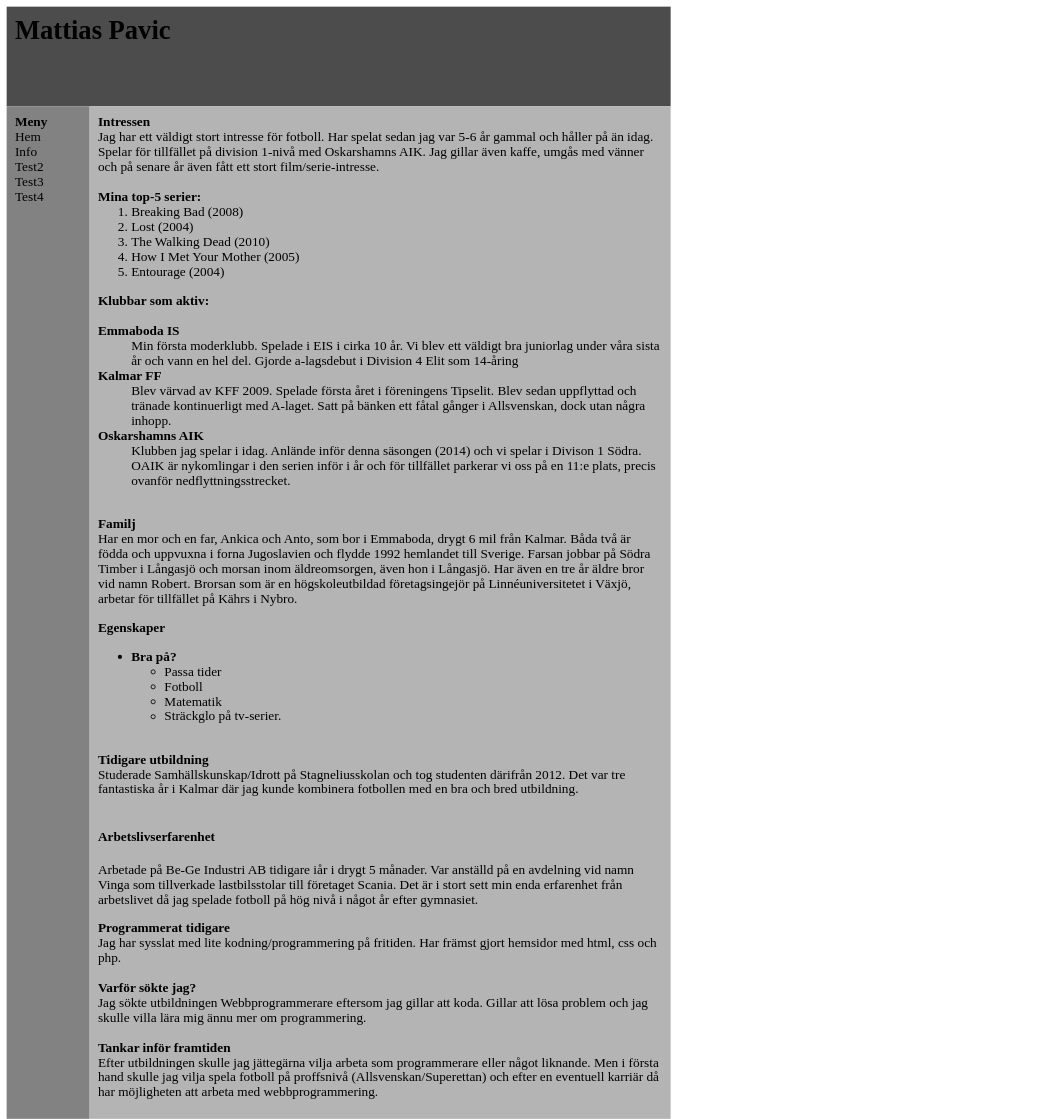
Repository: mp222sf/1ik415-laborationer
Page: pages/presentation.html
The author's editor kept a record of every edit. The page is drawn from the files as they stood at one moment, then again after the next edit.
The browser window is 1280 px wide. The pictures show the whole page, at 83% of full size.

Above is the page before.

After the next edit:
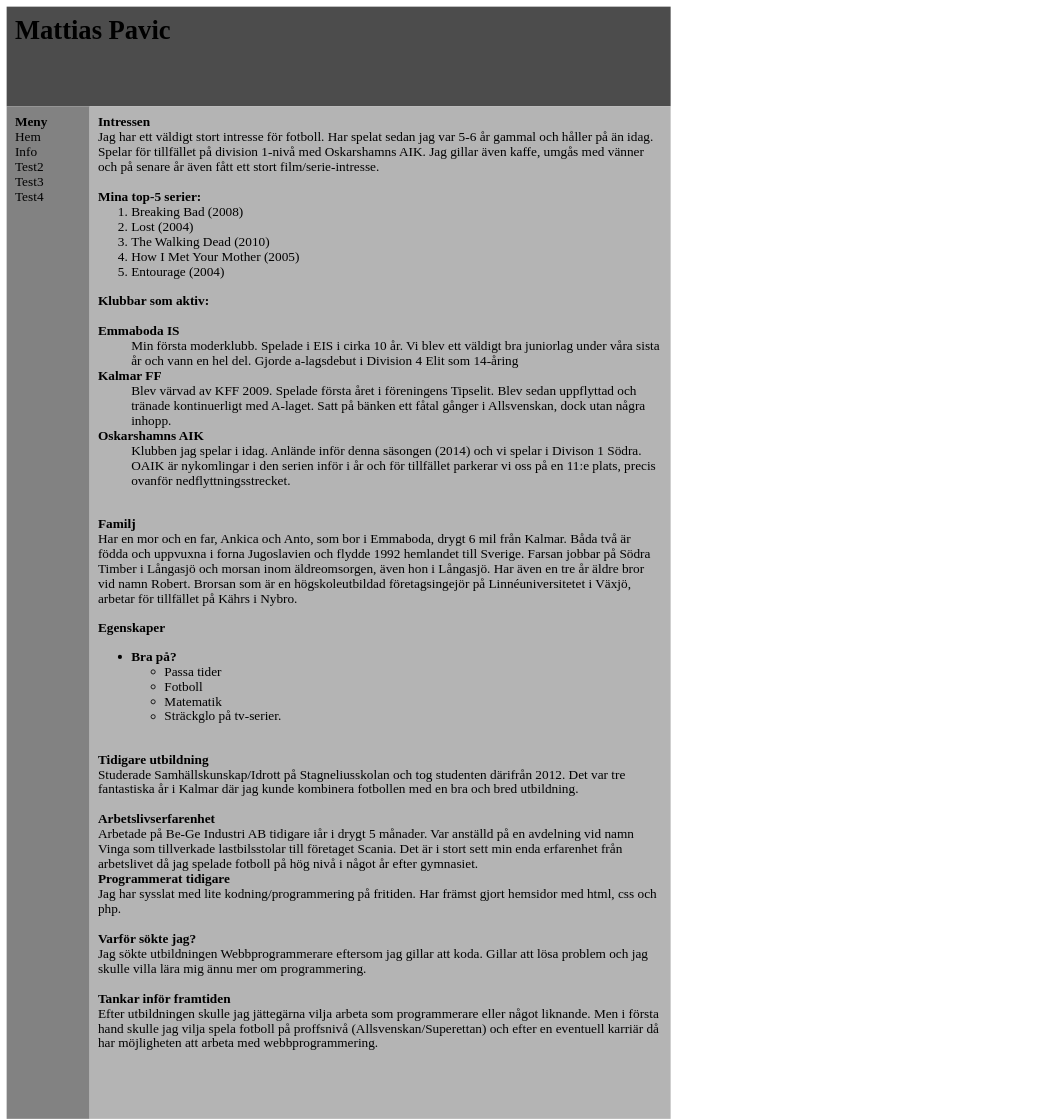
The edit:
--- a/pages/presentation.html
+++ b/pages/presentation.html
@@ -72,8 +72,8 @@
 <h4 style="margin: 0;">Tidigare utbildning</h4>
 <p style="margin: 0;">Studerade Samhällskunskap/Idrott på Stagneliusskolan och tog studenten därifrån 2012. Det var tre fantastiska år i Kalmar där jag kunde kombinera fotbollen med en bra och bred utbildning.</p>
 <br>
-<h4>Arbetslivserfarenhet</h4>
-<p>Arbetade på Be-Ge Industri AB tidigare iår i drygt 5 månader.
+<h4 style="margin: 0;">Arbetslivserfarenhet</h4>
+<p style="margin: 0;">Arbetade på Be-Ge Industri AB tidigare iår i drygt 5 månader.
 Var anställd på en avdelning vid namn Vinga som tillverkade lastbilsstolar till företaget Scania.
 Det är i stort sett min enda erfarenhet från arbetslivet då jag spelade fotboll på hög nivå i något år efter gymnasiet.
 <br>
